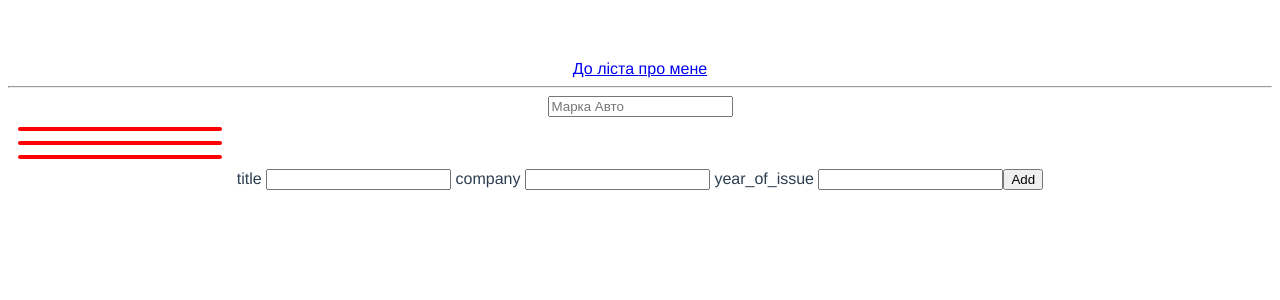
Repository: KYUUBI-K/Labs-from-2-course-
Page: /#/list (app in lab2(pharmacy)/)
These files come from the project's save history. The page is drawn as it stood at one moment and after the next save; the edit follows.
The browser window is 1280 px wide. The pictures show the whole page.
The project was rebuilt for these pictures with package versions that can differ from the ones it lists, and the page was loaded fresh each time.

Above is the page before, as saved 2021-12-21 13:46:33.

### lab2(pharmacy)/src/main.js
import Vue from 'vue'
import App from './App.vue'
import store from './state/index'
import VueRouter from 'vue-router';
import router from './router/index'

Vue.use(VueRouter);

Vue.config.productionTip = false

new Vue({
  store,
  router,
  render: (h) => h(App),
}).$mount('#app')

### lab2(pharmacy)/src/App.vue
<template>
  <div id="app">
    <router-link to="/list">До ліста </router-link>
    <router-link to="/AboutMe">про мене </router-link>
    <hr />
    <router-view></router-view>
  </div>
</template>

<script>
export default {
  name: "App",
  components: {},
};
</script>

<style>
#app {
  font-family: Avenir, Helvetica, Arial, sans-serif;
  -webkit-font-smoothing: antialiased;
  -moz-osx-font-smoothing: grayscale;
  text-align: center;
  color: #2c3e50;
  margin-top: 60px;
}
</style>

### lab2(pharmacy)/src/state/index.js
import Vue from 'vue'
import Vuex from 'vuex'
import { v4 as uuidv4 } from 'uuid'
Vue.use(Vuex)

const store = new Vuex.Store({
  state: {
    search:"",
    taskList:[
        {
          id:1, title:'Шарова', company:'BMW',year_of_issue:2014
        },
        {
          id:2, title:'Тормозні діски', company:'Mercedes',year_of_issue:2017
        },
        {
          id:3, title:'Бензонасос', company:'Audi',year_of_issue:2021
        }
    ]
  },
  getters:{
      getTaskList:(state)=>state.taskList
  },
  mutations:{
    addNewTask(state, dataObj) {
      state.taskList.push({
        id: uuidv4(),
        ...dataObj,
      })
    },
  },
  actions:{
    addTask({ commit }, data) {
      commit('addNewTask', data)
    },
  }

})

export default store

### lab2(pharmacy)/src/router/index.js
import Vue from 'vue';
import VueRouter from 'vue-router';
import Tasklist from '../components/Tasklist'
Vue.use(VueRouter);

export const router = new VueRouter({
    routes:[
    {
        path:'/list',
        component:Tasklist,
        name:'list',
    }
    ]

});
export default router

### lab2(pharmacy)/src/components/Tasklist/index.vue
<template>
  <div>
    <div>
      <input type="search" v-model="search" placeholder="Марка Авто" />
    </div>
    <task-item v-for="task in filterTask" :key="task.id" :task="task" />
    <div>
      <add-new-task />
    </div>
    <!-- <div><button @click="$router.push('/AboutCars')">AboutCars</button></div>
        <div><button @click="$router.push('/AboutMe')">AboutMe</button></div>  -->
  </div>
</template>

<script>
import TaskItem from "./Taskitem";
import AddNewTask from "@/components/AddNewTask";

import { mapGetters } from "vuex";
export default {
  data() {
    return {
      search: "",
    };
  },
  name: "TaskList",
  components: {
    TaskItem,
    AddNewTask,
  },
  computed: {
    ...mapGetters(["getTaskList"]),
    filterTask() {
      let list = [...this.getTaskList];
      if (this.search) {
        list = list.filter((item) => {
          return item.company.indexOf(this.search) > -1;
        });
      }
      return list;
    },
  },
};
</script>

<style lang="scss" scoped>
</style>

### lab2(pharmacy)/src/components/Tasklist/Taskitem/index.vue
<template>
  <div class="task">
    <div>{{ task.where_go }}</div>
    <div>{{ task.price }}</div>
    <div>{{ task.days }}</div>
  </div>
</template>

<script>
export default {
  name: "Taskitem",
  props: {
    task: {
      type: Object,
      default: () => ({}),
    },
  },
};
</script>

<style lang="css" scoped>
.task {
  width: 200px;
  border: 2px solid red;
  border-radius: 8px;
  margin: 10px;
}
</style>

### lab2(pharmacy)/src/components/AddNewTask/index.vue
<template>
  <div>
    <div>
      <label>
        title
        <input type="text" v-model="title" />
      </label>
      <label>
        company
        <input type="text" v-model.number="company" />
      </label>
      <label>
        year_of_issue
        <input type="number" v-model.number="year_of_issue" />
      </label>
      <button @click="onAdd">Add</button>
    </div>
  </div>
</template>

<script>
//1. Імпортуємо mapActions
import { mapActions } from "vuex";
export default {
  name: "AddNewTask",

  data() {
    return {
      title: null,
      company: null,
      year_of_issue: null,
    };
  },

  methods: {
    ...mapActions(["addTask"]),
    onAdd() {
      this.addTask({
        title: this.title,
        company: this.company,
        year_of_issue: this.year_of_issue,
      });
    },
  },
};
</script>

<style lang="scss" scoped>
</style>

Loaded but not shown: lab2(pharmacy)/public/index.html (common file)

After the next save:
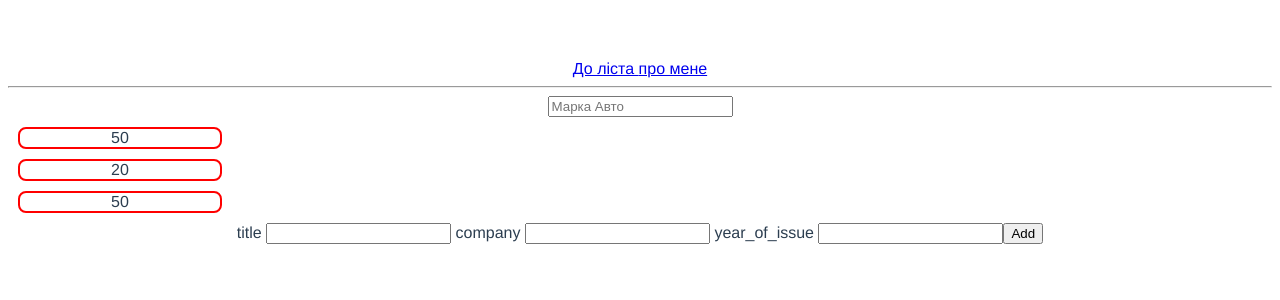
Saved 7 min 17 s later.
--- a/lab2(pharmacy)/src/state/index.js
+++ b/lab2(pharmacy)/src/state/index.js
@@ -8,13 +8,15 @@ const store = new Vuex.Store({
     search:"",
     taskList:[
         {
-          id:1, title:'Шарова', company:'BMW',year_of_issue:2014
+          id:1, title:'Парацетамол', price:'50', active_substance:'paracetamol',
         },
         {
-          id:2, title:'Тормозні діски', company:'Mercedes',year_of_issue:2017
+            id:2, title:'Панкреатин', price:'20', active_substance:'pancreatine',
+
         },
         {
-          id:3, title:'Бензонасос', company:'Audi',year_of_issue:2021
+            id:3, title:'Дуфалак', price:'50', active_substance:'lactulose',
+
         }
     ]
   },
